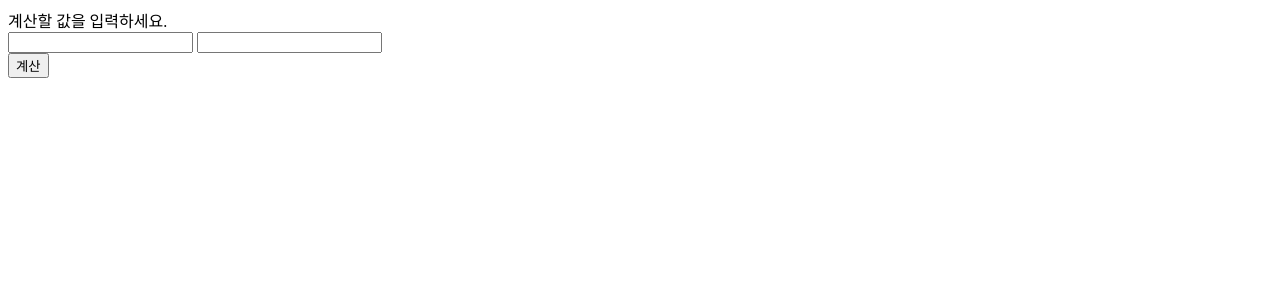
Repository: odreeblue/Study_ServletJSP
Page: jsp/workspace/JSPPrj/src/main/webapp/add2.html
An editor plug-in stored every save of this project. The page is shown before and after the next save, followed by the edit.
The browser window is 1280 px wide. The pictures show the whole page.

Above is the page before, as saved 2023-02-05 15:05:01.

### jsp/workspace/JSPPrj/src/main/webapp/add2.html
<!DOCTYPE html>
<html>
<head>
<meta charset="UTF-8">
<title>Insert title here</title>
</head>
<body>
	<div>
		<form action="add2" method="post">
			<div>계산할 값을 입력하세요.</div>
			<div>
				<input type="text" name="x">
				<input type="text" name="y">
			</div>
			<div>
				<input type="submit" value="계산">
			</div>

		</form>
	</div>

</body>
</html>

After the next save:
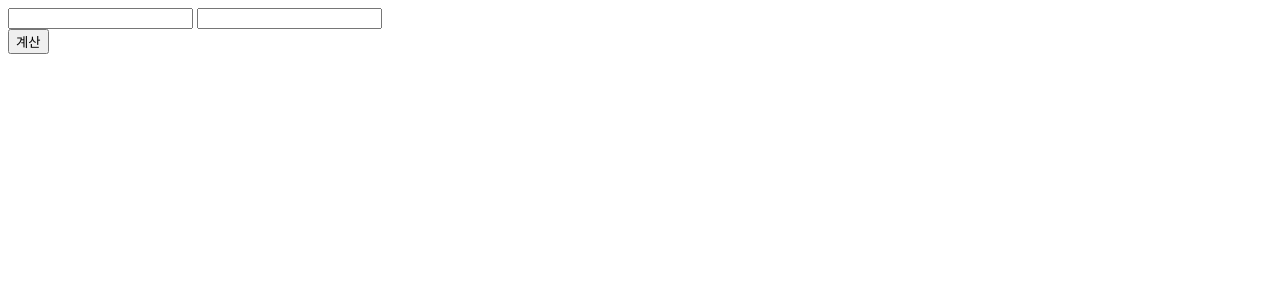
Saved 20 s later.
--- a/jsp/workspace/JSPPrj/src/main/webapp/add2.html
+++ b/jsp/workspace/JSPPrj/src/main/webapp/add2.html
@@ -7,7 +7,7 @@
 <body>
 	<div>
 		<form action="add2" method="post">
-			<div>계산할 값을 입력하세요.</div>
+
 			<div>
 				<input type="text" name="x">
 				<input type="text" name="y">
